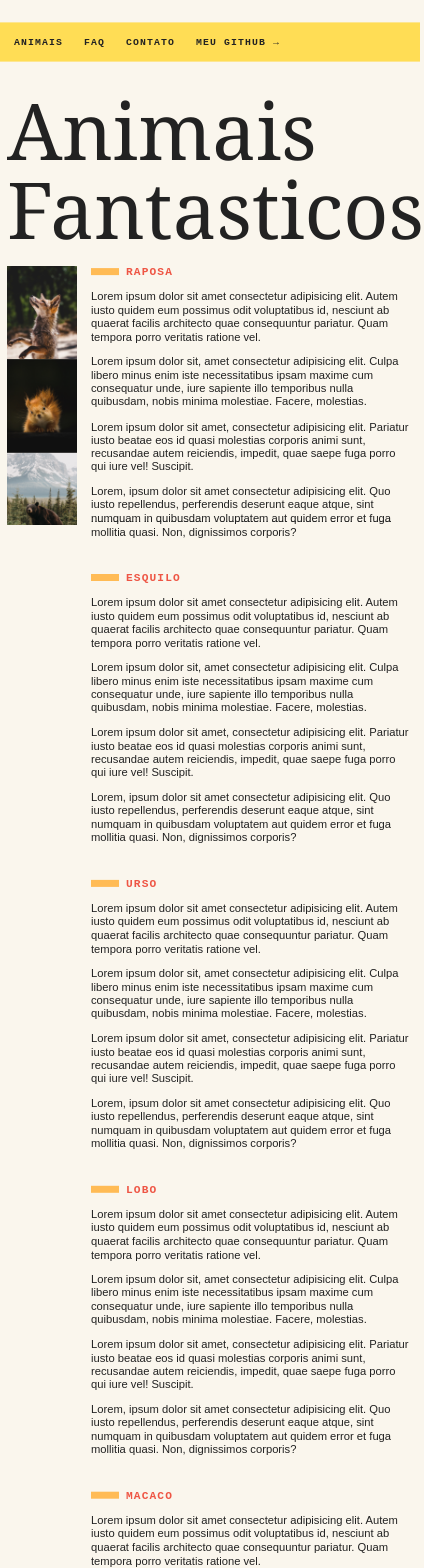
Repository: meiotera/animaisPagina
Page: index.html
An editor plug-in stored every save of this project. The page is shown before and after the next save, followed by the edit.
The browser window is 600 px wide. The page is 605 px wide, then 600 px, so the pictures cover 605 px, including what lies to the right of the window. The pictures show the part of the page from y = 0 to 2240 px (the page is 5072 px tall before and 4896 px after), at 70% of full size.

Above is the page before, as saved 2025-05-03 07:20:35.

### index.html
<!DOCTYPE html>
<html lang="pt-BR">

<head>
  <meta charset="UTF-8">
  <meta name="viewport" content="width=device-width, initial-scale=1.0">

  <link rel="stylesheet" href="css/style.css">
  <title>Animais</title>
</head>

<body>

  <nav class="menu">
    <ul>
      <li><a href="#animais">Animais</a></li>
      <li><a href="#faq">Faq</a></li>
      <li><a href="#contato">Contato</a></li>
      <li><a href="https://github.com/meiotera">Meu GitHub &rarr;</a></li>
    </ul>
  </nav>

  <section class="grid-section animais" id="animais">
    <h1 class="titulo">Animais Fantasticos</h1>

    <ul class="animais-lista">
      <li><img src="./img/imagem1.jpg" alt=""></li>
      <li><img src="./img/imagem2.jpg" alt=""></li>
      <li><img src="./img/imagem3.jpg" alt=""></li>
      <li><img src="./img/imagem4.jpg" alt=""></li>
      <li><img src="./img/imagem5.jpg" alt=""></li>
      <li><img src="./img/imagem6.jpg" alt=""></li>
    </ul>

    <div class="animais-descricao animais">
      <section class="animais">
        <h2>Raposa</h2>
        <p>Lorem ipsum dolor sit amet consectetur adipisicing elit. Autem iusto quidem eum possimus odit voluptatibus id, nesciunt ab quaerat facilis architecto quae consequuntur pariatur. Quam tempora porro veritatis ratione vel.</p>
        <p>Lorem ipsum dolor sit, amet consectetur adipisicing elit. Culpa libero minus enim iste necessitatibus ipsam maxime cum consequatur unde, iure sapiente illo temporibus nulla quibusdam, nobis minima molestiae. Facere, molestias.</p>
        <p>Lorem ipsum dolor sit amet, consectetur adipisicing elit. Pariatur iusto beatae eos id quasi molestias corporis animi sunt, recusandae autem reiciendis, impedit, quae saepe fuga porro qui iure vel! Suscipit.</p>
        <p>Lorem, ipsum dolor sit amet consectetur adipisicing elit. Quo iusto repellendus, perferendis deserunt eaque atque, sint numquam in quibusdam voluptatem aut quidem error et fuga mollitia quasi. Non, dignissimos corporis?</p>
      </section>

      <section>
        <h2>Esquilo</h2>
        <p>Lorem ipsum dolor sit amet consectetur adipisicing elit. Autem iusto quidem eum possimus odit voluptatibus id, nesciunt ab quaerat facilis architecto quae consequuntur pariatur. Quam tempora porro veritatis ratione vel.</p>
        <p>Lorem ipsum dolor sit, amet consectetur adipisicing elit. Culpa libero minus enim iste necessitatibus ipsam maxime cum consequatur unde, iure sapiente illo temporibus nulla quibusdam, nobis minima molestiae. Facere, molestias.</p>
        <p>Lorem ipsum dolor sit amet, consectetur adipisicing elit. Pariatur iusto beatae eos id quasi molestias corporis animi sunt, recusandae autem reiciendis, impedit, quae saepe fuga porro qui iure vel! Suscipit.</p>
        <p>Lorem, ipsum dolor sit amet consectetur adipisicing elit. Quo iusto repellendus, perferendis deserunt eaque atque, sint numquam in quibusdam voluptatem aut quidem error et fuga mollitia quasi. Non, dignissimos corporis?</p>
      </section>

      <section>
        <h2>Urso</h2>
        <p>Lorem ipsum dolor sit amet consectetur adipisicing elit. Autem iusto quidem eum possimus odit voluptatibus id, nesciunt ab quaerat facilis architecto quae consequuntur pariatur. Quam tempora porro veritatis ratione vel.</p>
        <p>Lorem ipsum dolor sit, amet consectetur adipisicing elit. Culpa libero minus enim iste necessitatibus ipsam maxime cum consequatur unde, iure sapiente illo temporibus nulla quibusdam, nobis minima molestiae. Facere, molestias.</p>
        <p>Lorem ipsum dolor sit amet, consectetur adipisicing elit. Pariatur iusto beatae eos id quasi molestias corporis animi sunt, recusandae autem reiciendis, impedit, quae saepe fuga porro qui iure vel! Suscipit.</p>
        <p>Lorem, ipsum dolor sit amet consectetur adipisicing elit. Quo iusto repellendus, perferendis deserunt eaque atque, sint numquam in quibusdam voluptatem aut quidem error et fuga mollitia quasi. Non, dignissimos corporis?</p>
      </section>

      <section>
        <h2>Lobo</h2>
        <p>Lorem ipsum dolor sit amet consectetur adipisicing elit. Autem iusto quidem eum possimus odit voluptatibus id, nesciunt ab quaerat facilis architecto quae consequuntur pariatur. Quam tempora porro veritatis ratione vel.</p>
        <p>Lorem ipsum dolor sit, amet consectetur adipisicing elit. Culpa libero minus enim iste necessitatibus ipsam maxime cum consequatur unde, iure sapiente illo temporibus nulla quibusdam, nobis minima molestiae. Facere, molestias.</p>
        <p>Lorem ipsum dolor sit amet, consectetur adipisicing elit. Pariatur iusto beatae eos id quasi molestias corporis animi sunt, recusandae autem reiciendis, impedit, quae saepe fuga porro qui iure vel! Suscipit.</p>
        <p>Lorem, ipsum dolor sit amet consectetur adipisicing elit. Quo iusto repellendus, perferendis deserunt eaque atque, sint numquam in quibusdam voluptatem aut quidem error et fuga mollitia quasi. Non, dignissimos corporis?</p>
      </section>

      <section>
        <h2>Macaco</h2>
        <p>Lorem ipsum dolor sit amet consectetur adipisicing elit. Autem iusto quidem eum possimus odit voluptatibus id, nesciunt ab quaerat facilis architecto quae consequuntur pariatur. Quam tempora porro veritatis ratione vel.</p>
        <p>Lorem ipsum dolor sit, amet consectetur adipisicing elit. Culpa libero minus enim iste necessitatibus ipsam maxime cum consequatur unde, iure sapiente illo temporibus nulla quibusdam, nobis minima molestiae. Facere, molestias.</p>
        <p>Lorem ipsum dolor sit amet, consectetur adipisicing elit. Pariatur iusto beatae eos id quasi molestias corporis animi sunt, recusandae autem reiciendis, impedit, quae saepe fuga porro qui iure vel! Suscipit.</p>
        <p>Lorem, ipsum dolor sit amet consectetur adipisicing elit. Quo iusto repellendus, perferendis deserunt eaque atque, sint numquam in quibusdam voluptatem aut quidem error et fuga mollitia quasi. Non, dignissimos corporis?</p>
      </section>

      <section>
        <h2>Leão</h2>
        <p>Lorem ipsum dolor sit amet consectetur adipisicing elit. Autem iusto quidem eum possimus odit voluptatibus id, nesciunt ab quaerat facilis architecto quae consequuntur pariatur. Quam tempora porro veritatis ratione vel.</p>
        <p>Lorem ipsum dolor sit, amet consectetur adipisicing elit. Culpa libero minus enim iste necessitatibus ipsam maxime cum consequatur unde, iure sapiente illo temporibus nulla quibusdam, nobis minima molestiae. Facere, molestias.</p>
        <p>Lorem ipsum dolor sit amet, consectetur adipisicing elit. Pariatur iusto beatae eos id quasi molestias corporis animi sunt, recusandae autem reiciendis, impedit, quae saepe fuga porro qui iure vel! Suscipit.</p>
        <p>Lorem, ipsum dolor sit amet consectetur adipisicing elit. Quo iusto repellendus, perferendis deserunt eaque atque, sint numquam in quibusdam voluptatem aut quidem error et fuga mollitia quasi. Non, dignissimos corporis?</p>
      </section>
    </div>
  </section>

  <section class="grid-section faq" id="faq">
    <h2 class="titulo">Faq</h2>

    <dl class="faq-lista">
      <dt>Pergunta Um</dt>
      <dd>Lorem, ipsum dolor sit amet consectetur adipisicing elit. Molestias quasi magni, repudiandae eveniet ea voluptate commodi vitae repellendus quis ex excepturi placeat labore amet sint earum tenetur maxime ab perspiciatis.</dd>

      <dt>Pergunta Dois</dt>
      <dd>Lorem, ipsum dolor sit amet consectetur adipisicing elit. Molestias quasi magni, repudiandae eveniet ea voluptate commodi vitae repellendus quis ex excepturi placeat labore amet sint earum tenetur maxime ab perspiciatis.</dd>

      <dt>Pergunta Três</dt>
      <dd>Lorem, ipsum dolor sit amet consectetur adipisicing elit. Molestias quasi magni, repudiandae eveniet ea voluptate commodi vitae repellendus quis ex excepturi placeat labore amet sint earum tenetur maxime ab perspiciatis.</dd>

      <dt>Pergunta Quatro</dt>
      <dd>Lorem, ipsum dolor sit amet consectetur adipisicing elit. Molestias quasi magni, repudiandae eveniet ea voluptate commodi vitae repellendus quis ex excepturi placeat labore amet sint earum tenetur maxime ab perspiciatis.</dd>

      <dt>Pergunta Cinco</dt>
      <dd>Lorem, ipsum dolor sit amet consectetur adipisicing elit. Molestias quasi magni, repudiandae eveniet ea voluptate commodi vitae repellendus quis ex excepturi placeat labore amet sint earum tenetur maxime ab perspiciatis.</dd>
    </dl>
  </section>

  <section class="grid-section contato" id="contato">
    <h2 class="titulo">Contato</h2>

    <div class="mapa">
      <img src="img/mapa.png" alt="mapa">
    </div>

    <ul class="dados">
      <li>renan.programador@outlook.com</li>
      <li>+55(84) 9 99999999</li>
      <li>Rua do conde, nº 21</li>
      <li>Mossoró - RN</li>
    </ul>
  </section>


  <footer class="footer copy">
    <p>todos os direitos reservados.</p>
  </footer>
  <script src="script.js"></script>
</body>

</html>

### css/style.css
body,
h1,
h2,
h3,
ul,
li,
p,
dd,
dt,
dl,
a {
  margin: 0;
  padding: 0;
  list-style: none;
  text-decoration: none;
}

img {
  display: block;
  max-width: 100%;
}

body {
  background-color: #faf6ed;
  color: #222;
  display: grid;
  /* Colunas organizadas */
  grid-template-columns: 1fr 120px minmax(300px, 800px) 1fr;
}

/* MENU */
.menu {
  grid-column: 3/5;
  margin-top: 2rem;
  margin-bottom: 2rem;
  background-color: #fd5;
}

.menu ul {
  display: flex;
  flex-wrap: wrap;
  padding: 10px;
}

.menu li a {
  display: block;
  padding: 10px;
  margin-right: 10px;
  color: #222;
  text-decoration: none;
  font-family: monospace;
  font-weight: bold;
  text-transform: uppercase;
  font-size: 0.875rem;
  letter-spacing: 0.1rem;
}

/* Sessões */
.grid-section {
  grid-column: 2/4;
  width: 100%;
  box-sizing: border-box;
  padding: 10px;
  display: grid;
  grid-template-columns: 90px 300px 1fr;
  grid-gap: 20px;
  margin-bottom: 4rem;
}

.titulo {
  font-family: Georgia, 'Times New Roman', Times, serif;
  font-size: 7rem;
  line-height: 1;
  font-weight: normal;
  margin-bottom: 1rem;
  grid-column: 1/4;
}

.animais h2 {
  font-family: monospace;
  font-size: 1rem;
  text-transform: uppercase;
  letter-spacing: 0.1em;
  margin-bottom: 1rem;
  color: #e54;
}

.animais h2::before {
  content: '';
  display: inline-block;
  width: 40px;
  height: 10px;
  margin-right: 10px;
  background-color: #fb5;
}

.animais p {
  font-family: Arial, Helvetica, sans-serif;
  line-height: 1.2;
  margin-bottom: 1rem;
}

.animais-lista {
  height: 370px;
  overflow-y: scroll;
  grid-column: 2;
}

/* Scroll */
.animais-lista::-webkit-scrollbar {
  width: 20px;
}

.animais-lista::-webkit-scrollbar-thumb {
  background-color: #fb5;
  border-left: 4px solid #faf6ed;
  border-right: 4px solid #faf6ed;
}

.animais-lista::-webkit-scrollbar-track {
  background-color: #faf6ed;
}

.animais-descricao {
  grid-column: 3;
}

.animais-descricao section {
  margin-bottom: 3rem;
}

.faq-lista {
  grid-column: 2/4;
}

.faq-lista dt {
  font-family: monospace;
  font-weight: bold;
  margin-top: 2rem;
  margin-bottom: 0.5rem;
  color: #e54;
}

.faq-lista dt::before {
  content: '';
  display: inline-block;
  width: 20px;
  height: 10px;
  margin-right: 10px;
  background-color: #fb5;
}

.faq-lista dd {
  font-family: Arial, Helvetica, sans-serif;
  margin-bottom: 0.5rem;
  margin-left: 30px;
}

.mapa {
  grid-column: 2;
}

.dados {
  grid-column: 3;
}

.dados li {
  margin-bottom: 1rem;
  font-family: Arial, Helvetica, sans-serif;
}

.dados li::before {
  content: '';
  display: inline-block;
  width: 15px;
  height: 10px;
  margin-right: 10px;
  background-color: #fb5;
}

.copy {
  grid-column: 3/5;
  margin-bottom: 2rem;
  background-color: #fb5;
}

.copy p {
  padding: 20px;
  font-family: monospace;
  font-weight: bold;
}

@media (max-width: 700px) {
  body {
    grid-template-columns: 1fr;
  }

  .menu,
  .grid-section,
  .copy {
    grid-column: 1;
  }

  .grid-section {
    grid-template-columns: 100px 1fr;
    grid-gap: 10px;
  }

  .animais-lista {
    grid-column: 1;
  }

  .faq-lista,
  .dados,
  .mapa {
    grid-column: 1/3;
  }
}

Loaded but not shown: script.js (no copy from this time; the picture is the same without it)

After the next save:
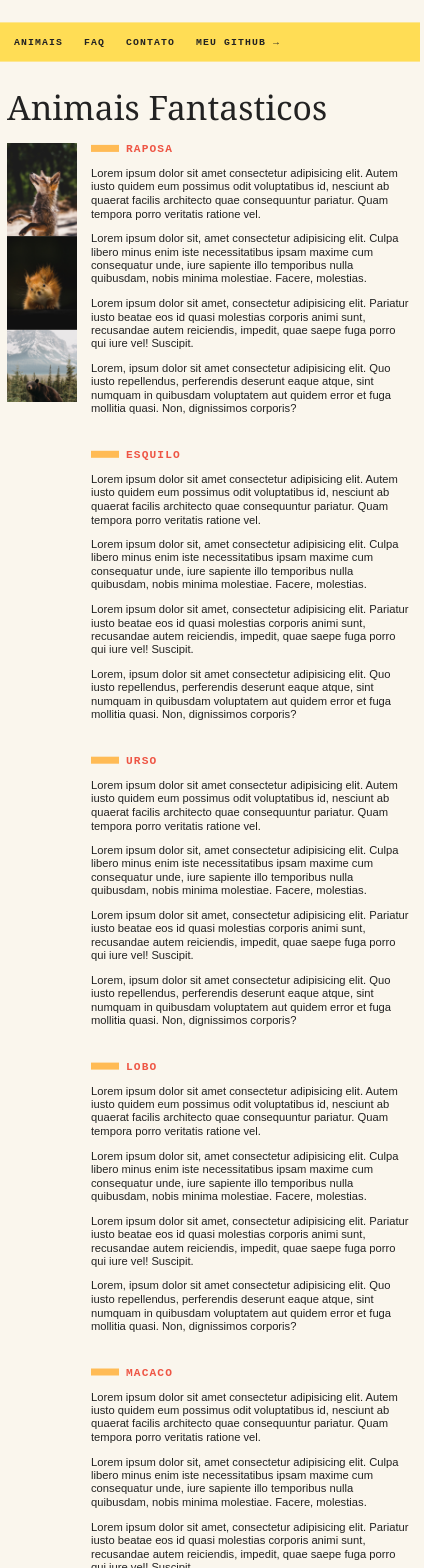
Saved 2 min 24 s later.
--- a/css/style.css
+++ b/css/style.css
@@ -215,4 +215,8 @@
   .mapa {
     grid-column: 1/3;
   }
-}
+
+  .grid-section h1 {
+    font-size: 3rem;
+  }
+}
